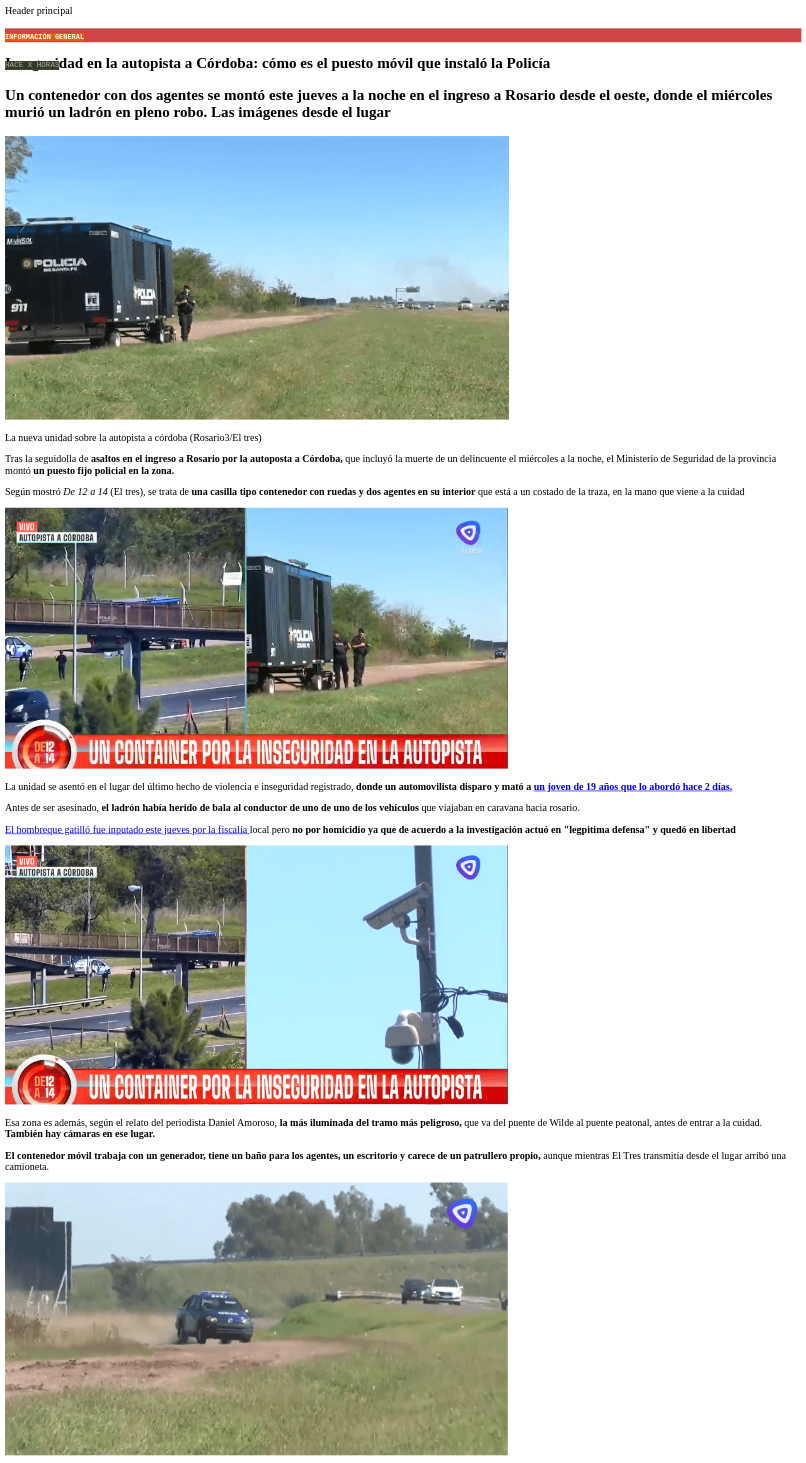
Repository: Larrowo/LPPA
Page: Clase 2/index.html
The author's editor kept a copy of each file at every save. The page is drawn from the files as they stood at one save, then again after a run of saves.
The browser window is 1280 px wide. The pictures show the whole page, at 63% of full size.

Above is the page before, as saved 2022-04-16 16:55:17.

After the next 2 saves:
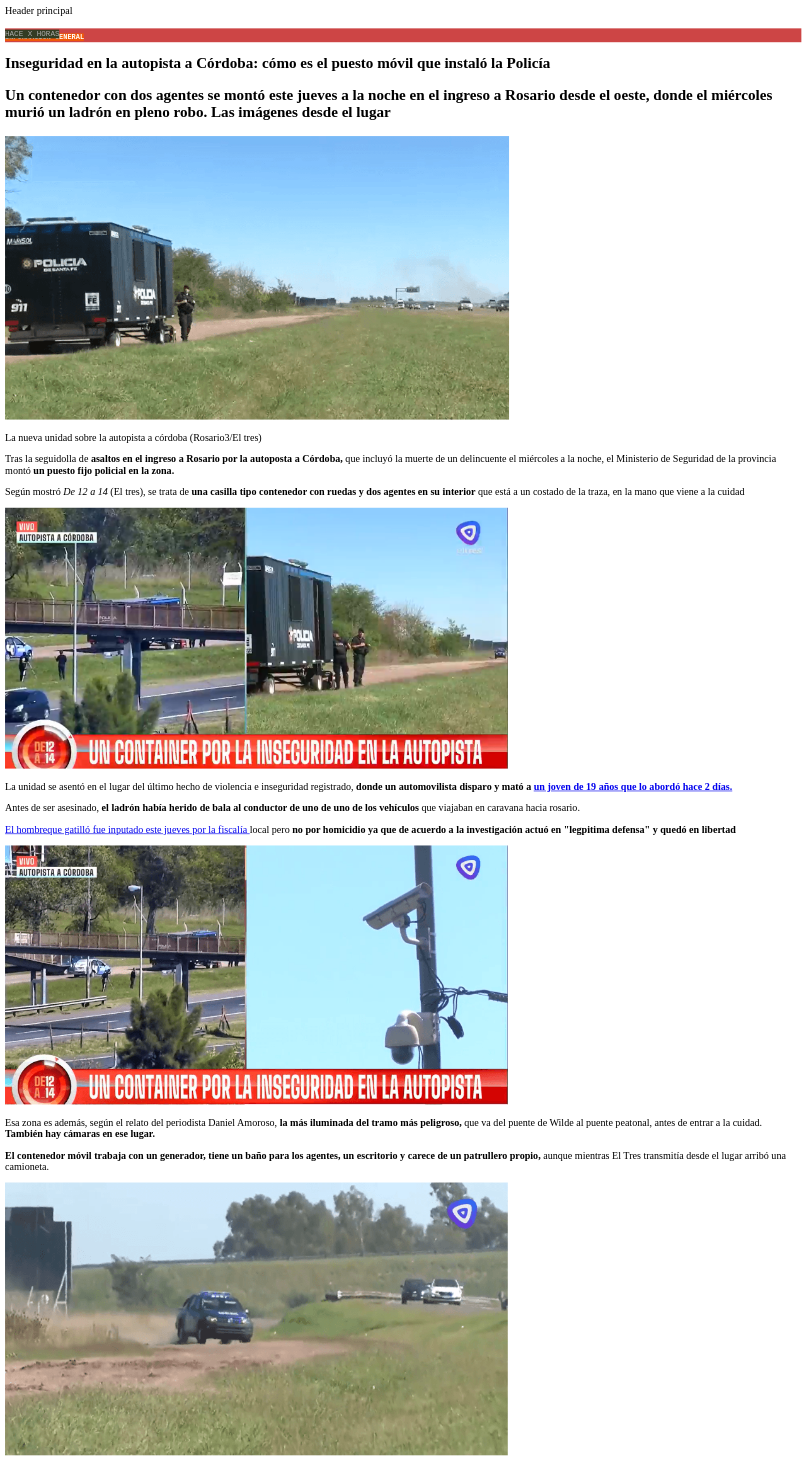
The 2 saves are shown as one change because they came seconds apart.
The last was saved 12 s later.
--- a/Clase 2/style.css
+++ b/Clase 2/style.css
@@ -4,6 +4,7 @@
    text-transform: uppercase;
    font-size: 12px;
    position: absolute;
+   top: -10px;
    background-color: #333c23
 }
 
